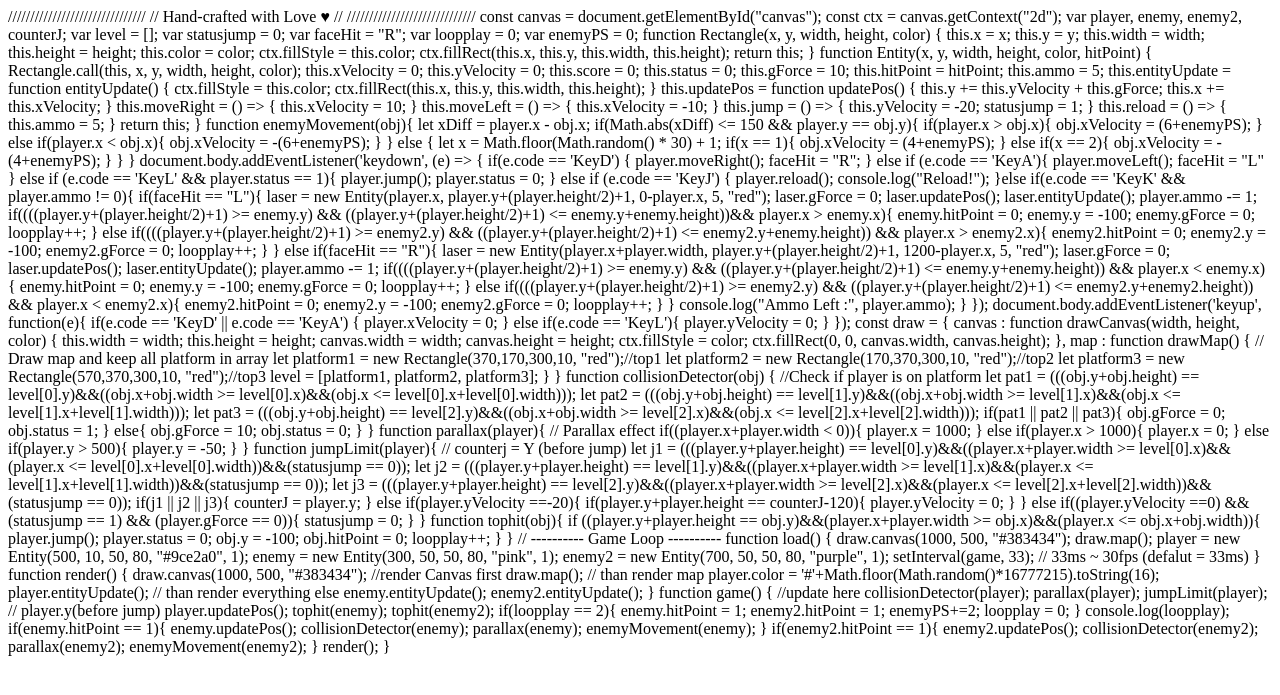
Repository: Littikrai/getF
Page: Untitled-1.html
The author's editor kept a copy of each file at every save. The page is drawn from the files as they stood at one save, then again after the next save.
The browser window is 1280 px wide. The pictures show the whole page.

Above is the page before, as saved 2019-03-14 20:12:22.

### Untitled-1.html
///////////////////////////////
// Hand-crafted with Love ♥ //
/////////////////////////////

const canvas = document.getElementById("canvas");
const ctx = canvas.getContext("2d");
var player, enemy, enemy2, counterJ;
var level = [];
var statusjump = 0;
var faceHit = "R";
var loopplay = 0;
var enemyPS = 0;


function Rectangle(x, y, width, height, color) {
	this.x = x;
	this.y = y;
	this.width = width;
	this.height = height;
	this.color = color;
	ctx.fillStyle = this.color;
	ctx.fillRect(this.x, this.y, this.width, this.height);
	return this;
}

function Entity(x, y, width, height, color, hitPoint) {
	Rectangle.call(this, x, y, width, height, color);
	this.xVelocity = 0;
	this.yVelocity = 0;
	this.score = 0;
	this.status = 0;
	this.gForce = 10;
	this.hitPoint = hitPoint;
	this.ammo = 5;

	this.entityUpdate = function entityUpdate() {
		ctx.fillStyle = this.color;
		ctx.fillRect(this.x, this.y, this.width, this.height);
	}

	this.updatePos = function updatePos() {
		this.y += this.yVelocity + this.gForce;
		this.x += this.xVelocity;
	}

	this.moveRight = () => {
		this.xVelocity = 10;
	}

	this.moveLeft = () => {
		this.xVelocity = -10;
	}

	this.jump = () => {
		this.yVelocity = -20;
		statusjump = 1;
	}

	this.reload = () => {
		this.ammo = 5;
	}
	return this;
}

function enemyMovement(obj){
    let xDiff = player.x - obj.x;
    if(Math.abs(xDiff) <= 150 && player.y == obj.y){
        if(player.x > obj.x){
            obj.xVelocity = (6+enemyPS);
        } else if(player.x < obj.x){
            obj.xVelocity = -(6+enemyPS);
        }
    } else {
        let x = Math.floor(Math.random() * 30) + 1;
        if(x == 1){
            obj.xVelocity = (4+enemyPS);
        } else if(x == 2){
            obj.xVelocity = -(4+enemyPS);
        }
    }
}

document.body.addEventListener('keydown', (e) => {
	if(e.code == 'KeyD') {
		player.moveRight();
		faceHit = "R";
	} else if (e.code == 'KeyA'){
		player.moveLeft();
		faceHit = "L"
	} else if (e.code == 'KeyL' && player.status == 1){
		player.jump();
		player.status = 0;
	} else if (e.code == 'KeyJ') {
		player.reload();
		console.log("Reload!");
	}else if(e.code == 'KeyK' && player.ammo != 0){
		if(faceHit == "L"){
			laser = new Entity(player.x, player.y+(player.height/2)+1, 0-player.x, 5, "red");
			laser.gForce = 0;
			laser.updatePos();
			laser.entityUpdate();
			player.ammo -= 1;
			if((((player.y+(player.height/2)+1) >= enemy.y) && ((player.y+(player.height/2)+1) <= enemy.y+enemy.height))&& player.x > enemy.x){
				enemy.hitPoint = 0;
				enemy.y = -100;
				enemy.gForce = 0;
				loopplay++;
			}
			else if((((player.y+(player.height/2)+1) >= enemy2.y) && ((player.y+(player.height/2)+1) <= enemy2.y+enemy.height)) && player.x > enemy2.x){
				enemy2.hitPoint = 0;
				enemy2.y = -100;
				enemy2.gForce = 0;
				loopplay++;
			}
		}
		else if(faceHit == "R"){
			laser = new Entity(player.x+player.width, player.y+(player.height/2)+1, 1200-player.x, 5, "red");
			laser.gForce = 0;
			laser.updatePos();
			laser.entityUpdate();
			player.ammo -= 1;
			if((((player.y+(player.height/2)+1) >= enemy.y) && ((player.y+(player.height/2)+1) <= enemy.y+enemy.height)) && player.x < enemy.x){
				enemy.hitPoint = 0;
				enemy.y = -100;
				enemy.gForce = 0;
				loopplay++;
			}
			else if((((player.y+(player.height/2)+1) >= enemy2.y) && ((player.y+(player.height/2)+1) <= enemy2.y+enemy2.height)) && player.x < enemy2.x){
				enemy2.hitPoint = 0;
				enemy2.y = -100;
				enemy2.gForce = 0;
				loopplay++;
			}
		}
		console.log("Ammo Left :", player.ammo);
	}
});

document.body.addEventListener('keyup', function(e){
	if(e.code == 'KeyD' || e.code == 'KeyA') {
		player.xVelocity = 0;
	} else if(e.code == 'KeyL'){
		player.yVelocity = 0;
	}
});

const draw = {
	canvas : function drawCanvas(width, height, color) {
		this.width = width;
		this.height = height;
		canvas.width = width;
		canvas.height = height;
		ctx.fillStyle = color;
		ctx.fillRect(0, 0, canvas.width, canvas.height);
	},
	map : function drawMap() { // Draw map and keep all platform in array
		let platform1 = new Rectangle(370,170,300,10, "red");//top1
		let platform2 = new Rectangle(170,370,300,10, "red");//top2
		let platform3 = new Rectangle(570,370,300,10, "red");//top3
		level = [platform1, platform2, platform3];

	}
}
function collisionDetector(obj) { //Check if player is on platform
	let pat1 = (((obj.y+obj.height) == level[0].y)&&((obj.x+obj.width >= level[0].x)&&(obj.x <= level[0].x+level[0].width)));
	let pat2 = (((obj.y+obj.height) == level[1].y)&&((obj.x+obj.width >= level[1].x)&&(obj.x <= level[1].x+level[1].width)));
	let pat3 = (((obj.y+obj.height) == level[2].y)&&((obj.x+obj.width >= level[2].x)&&(obj.x <= level[2].x+level[2].width)));
	if(pat1 || pat2 || pat3){
		obj.gForce = 0;
		obj.status = 1;
	}
	else{
		obj.gForce = 10;
		obj.status = 0;
	}
}
function parallax(player){ // Parallax effect
	if((player.x+player.width < 0)){
		player.x = 1000;
	}
	else if(player.x > 1000){
		player.x = 0;
	}
	else if(player.y > 500){
		player.y = -50;
	}
}

function jumpLimit(player){ // counterj = Y (before jump)
	let j1 = (((player.y+player.height) == level[0].y)&&((player.x+player.width >= level[0].x)&&(player.x <= level[0].x+level[0].width))&&(statusjump == 0));
	let j2 = (((player.y+player.height) == level[1].y)&&((player.x+player.width >= level[1].x)&&(player.x <= level[1].x+level[1].width))&&(statusjump == 0));
	let j3 = (((player.y+player.height) == level[2].y)&&((player.x+player.width >= level[2].x)&&(player.x <= level[2].x+level[2].width))&&(statusjump == 0));
	if(j1 || j2 || j3){
		counterJ = player.y;
	}
	else if(player.yVelocity ==-20){
		if(player.y+player.height == counterJ-120){
			player.yVelocity = 0;
		}
	}
	else if((player.yVelocity ==0) && (statusjump == 1) && (player.gForce == 0)){
		statusjump = 0;
	}
}
function tophit(obj){
	if ((player.y+player.height == obj.y)&&(player.x+player.width >= obj.x)&&(player.x <= obj.x+obj.width)){
		player.jump();
		player.status = 0;
		obj.y = -100;
		obj.hitPoint = 0;
		loopplay++;
	}
}

// ---------- Game Loop ----------

function load() {
    draw.canvas(1000, 500, "#383434");
    draw.map();
    player = new Entity(500, 10, 50, 80, "#9ce2a0", 1);
    enemy = new Entity(300, 50, 50, 80, "pink", 1);
    enemy2 = new Entity(700, 50, 50, 80, "purple", 1);
    setInterval(game, 33); // 33ms ~ 30fps (defalut = 33ms)
}

function render() {
    draw.canvas(1000, 500, "#383434"); //render Canvas first
	draw.map(); // than render map
	player.color = '#'+Math.floor(Math.random()*16777215).toString(16);
    player.entityUpdate(); // than render everything else
    enemy.entityUpdate();
    enemy2.entityUpdate();
}

function game() { //update here
    collisionDetector(player);
	parallax(player);
    jumpLimit(player); // player.y(before jump)
    player.updatePos();
	tophit(enemy);
	tophit(enemy2);
	if(loopplay == 2){
		enemy.hitPoint = 1;
		enemy2.hitPoint = 1;
		enemyPS+=2;
		loopplay = 0;
	}
	console.log(loopplay);
	if(enemy.hitPoint == 1){
		enemy.updatePos();
		collisionDetector(enemy);
		parallax(enemy);
		enemyMovement(enemy);
	}
	if(enemy2.hitPoint == 1){
		enemy2.updatePos();
		collisionDetector(enemy2);
		parallax(enemy2);
		enemyMovement(enemy2);
	}
    render();
}

After the next save:
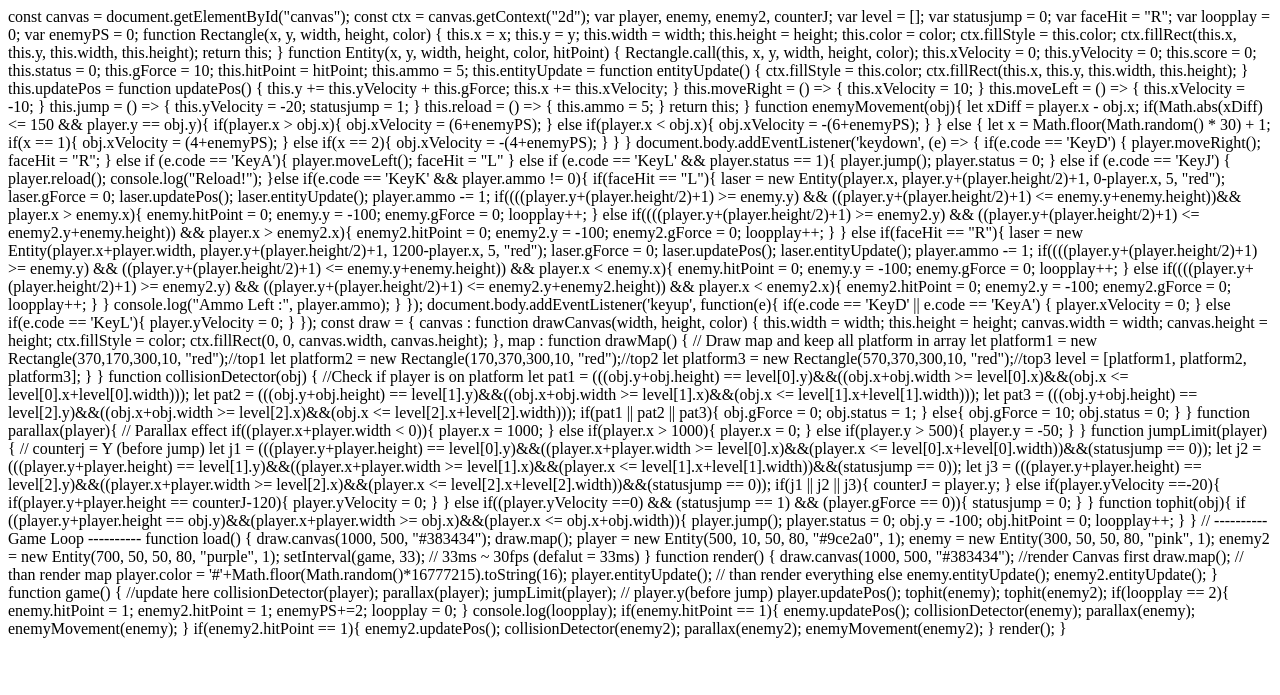
Saved 9 s later.
--- a/Untitled-1.html
+++ b/Untitled-1.html
@@ -1,6 +1,3 @@
-///////////////////////////////
-// Hand-crafted with Love ♥ //
-/////////////////////////////
 
 const canvas = document.getElementById("canvas");
 const ctx = canvas.getContext("2d");
